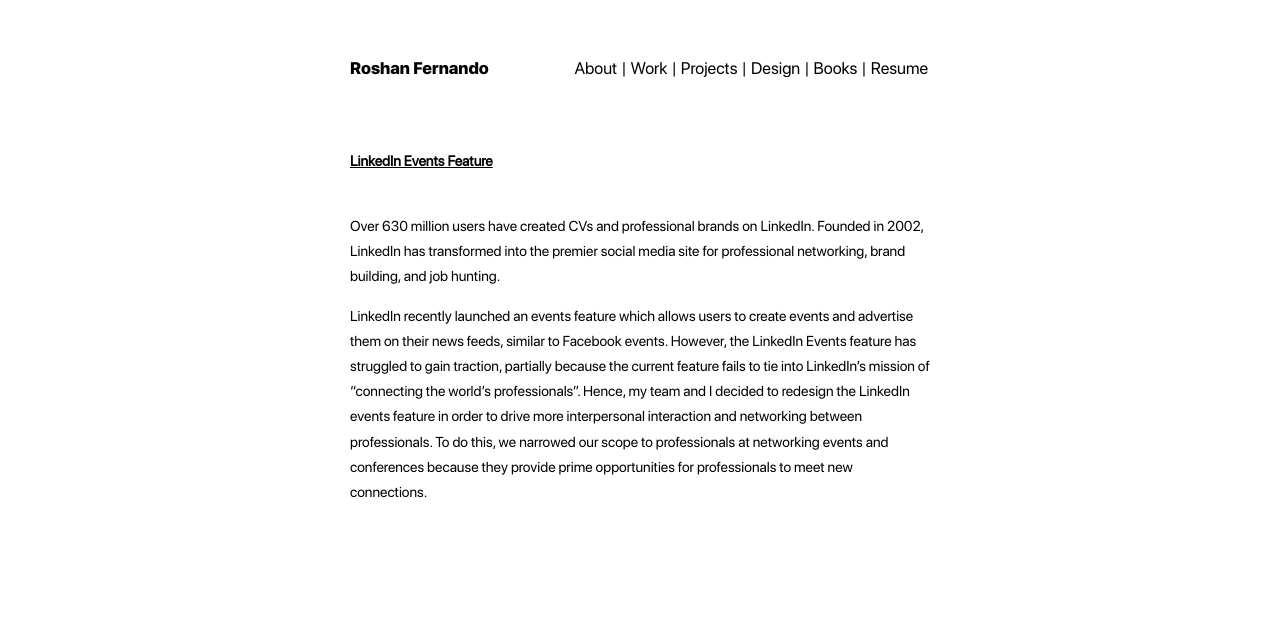
Repository: rdf004/rdf004.github.io
Page: /case1
An editor plug-in stored every save of this project. The page is shown before and after the next save, followed by the edit.
The browser window is 1280 px wide. The pictures show the whole page.
The project was rebuilt for these pictures with package versions that can differ from the ones it lists, and the page was loaded fresh each time. Also part of the build but not shown: src/Components/About.js, src/Components/Work.js, src/Components/Projects.js, src/Components/Design.js, src/Components/Books.js, src/Components/Resume.js.

Above is the page before, as saved 2019-11-20 20:55:07.

### public/index.html
<!DOCTYPE html>
<html lang="en">
  <head>
    <meta charset="utf-8" />
    <link rel="shortcut icon" href="Startup_Rocket-512.png" />
    <meta name="viewport" content="width=device-width, initial-scale=1" />
    <meta name="theme-color" content="#000000" />
    <meta
      name="description"
      content="Web site created using create-react-app"
    />
    <link rel="apple-touch-icon" href="logo192.png" />
    <!--
      manifest.json provides metadata used when your web app is installed on a
      user's mobile device or desktop. See https://developers.google.com/web/fundamentals/web-app-manifest/
    -->
    <link rel="manifest" href="%PUBLIC_URL%/manifest.json" />
    <!--
      Notice the use of %PUBLIC_URL% in the tags above.
      It will be replaced with the URL of the `public` folder during the build.
      Only files inside the `public` folder can be referenced from the HTML.

      Unlike "/favicon.ico" or "favicon.ico", "%PUBLIC_URL%/favicon.ico" will
      work correctly both with client-side routing and a non-root public URL.
      Learn how to configure a non-root public URL by running `npm run build`.
    -->
    <title>RFizzle's Websizzle</title>
  </head>
  <body>
    <noscript>You need to enable JavaScript to run this app.</noscript>
    <div id="root"></div>
    <!--
      This HTML file is a template.
      If you open it directly in the browser, you will see an empty page.

      You can add webfonts, meta tags, or analytics to this file.
      The build step will place the bundled scripts into the <body> tag.

      To begin the development, run `npm start` or `yarn start`.
      To create a production bundle, use `npm run build` or `yarn build`.
    -->
  </body>
</html>

### src/index.js
import React from 'react';
import ReactDOM from 'react-dom';
import { Route, Link, BrowserRouter as Router } from 'react-router-dom';

import About from './Components/About';
import Work from './Components/Work';
import Projects from './Components/Projects';
import Design from './Components/Design';
import Books from './Components/Books';
import Resume from './Components/Resume';
import Case1 from './Components/Case1';
import * as serviceWorker from './serviceWorker';

const routing = (
    <Router>
      <div>
        <Route exact path="/" component={About} />
        <Route path="/work" component={Work} />
        <Route path="/projects" component={Projects} />
        <Route path="/design" component={Design} />
        <Route path="/books" component={Books} />
        <Route path="/resume" component={Resume} />
        <Route path="/case1" component={Case1} />
      </div>
    </Router>
)

ReactDOM.render(routing, document.getElementById('root'));

// If you want your app to work offline and load faster, you can change
// unregister() to register() below. Note this comes with some pitfalls.
// Learn more about service workers: https://bit.ly/CRA-PWA
serviceWorker.unregister();

### src/Components/Case1.js
import React from 'react';
import Header from './Header';

import '../Style/style.css';

class Case1 extends React.Component {

    render() {
        return (
            <div className="grid-holder">

            <div className="grid-container">
                <Header className="header"/>
                <p className="page-content">
                    <b><u>LinkedIn Events Feature</u></b><br/><br/>
                    <p>Over 630 million users have created CVs and professional brands on LinkedIn. Founded in 2002, LinkedIn has transformed into the premier social media site for professional networking, brand building, and job hunting.</p>
                    <p>LinkedIn recently launched an events feature which allows users to create events and advertise them on their news feeds, similar to Facebook events. However, the LinkedIn Events feature has struggled to gain traction, partially because the current feature fails to tie into LinkedIn’s mission of “connecting the world’s professionals”. Hence, my team and I decided to redesign the LinkedIn events feature in order to drive more interpersonal interaction and networking between professionals. To do this, we narrowed our scope to professionals at networking events and conferences because they provide prime opportunities for professionals to meet new connections.</p>
                    <p></p>
                </p>
            </div>

            </div>
        )
    }

}

export default Case1;

### src/Components/Header.js
import React from 'react';
import '../Style/style.css';

class Header extends React.Component {

    render() {
        return (

            <div className="flex-container">
                <p className="name">Roshan Fernando</p>
                <ul className="header-li-elements">
                    <li><a className="list-item-a" href="/">About</a></li>
                    <li>|</li>
                    <li><a className="list-item-a" href="/work">Work</a></li>
                    <li>|</li>
                    <li><a className="list-item-a" href="/projects">Projects</a></li>
                    <li>|</li>
                    <li><a className="list-item-a" href="/design">Design</a></li>
                    <li>|</li>
                    <li><a className="list-item-a" href="/books">Books</a></li>
                    <li>|</li>
                    <li><a className="list-item-a" href="/resume">Resume</a></li>
                </ul>
                <p className="content">{this.about}</p>
            </div>
        )
    }
}

export default Header;

### src/Style/style.css
/* PAGE */

.grid-holder {

}

.grid-container {
    display: grid;
    width: 600px;
    max-width: 100vw;
    margin: auto;

    line-height: 1.75;
}

.page-content {

    font-family: 'SF-Regular';
    font-size: 0.9em;
    color: black;
    padding: 10px;
    padding-top: 0px;
}

/* unvisited link */
.p-a:link {
    color: rgb(105, 196, 248);
    text-decoration: underline;
  }

  /* visited link */
.p-a:visited {
    color: rgb(105, 196, 248);
    text-decoration: underline;
  }

/* mouse over link */
.p-a:hover {
    color: rgb(105, 196, 248);
    text-decoration: underline;
  }

  /* selected link */
.p:active {
    color: rgb(105, 196, 248);
    text-decoration: underline;
  }

/* HEADER */

.flex-container {

    display: flex;
    justify-content: center;
    align-items: center;
    padding-top: 5vh;
    flex-wrap: wrap;

    max-width: inherit;
    min-width: 0;

}


.name {

    text-align: left;
    font-family: 'SF-Heavy';
    color: black;
    font-size: 1.05em;
    max-width: 250px;

    flex: 1;
    padding-left: 10px;

}

.header-li-elements {

    display: flex;
    padding: 0;
    justify-content: flex-end;
    color: black;

    flex: 1;
    padding-right: 10px;

}

li {

    list-style-type: none;
    padding: 2px;
    font-family: 'SF-Regular';
    font-size: 1.05em;
    color: black;

}

.content {
    width: 1000px;
    max-width: inherit;
}

body, html {

    margin: 0;
    padding: 0;
    background-color: white;

}

/* unvisited link */
.list-item-a:link {
    color: black;
    text-decoration: none;
  }

  /* visited link */
.list-item-a:visited {
    color: black;
    text-decoration: none;
  }

/* mouse over link */
.list-item-a:hover {
    color: rgb(0, 162, 255);
    text-decoration: none;
  }

  /* selected link */
.list-item-a:active {
    color: black;
    text-decoration: none;
  }

@font-face {
    src: url('./SF-Pro-Display-Heavy.otf');
    font-family: 'SF-Heavy';
}

@font-face {
    src: url('./SF-Pro-Display-Regular.otf');
    font-family: 'SF-Regular';
}

@font-face {
    src: url('./SF-Pro-Display-Thin.otf');
    font-family: 'SF-Thin';
}

Loaded but not shown: src/serviceWorker.js (common file)

After the next save:
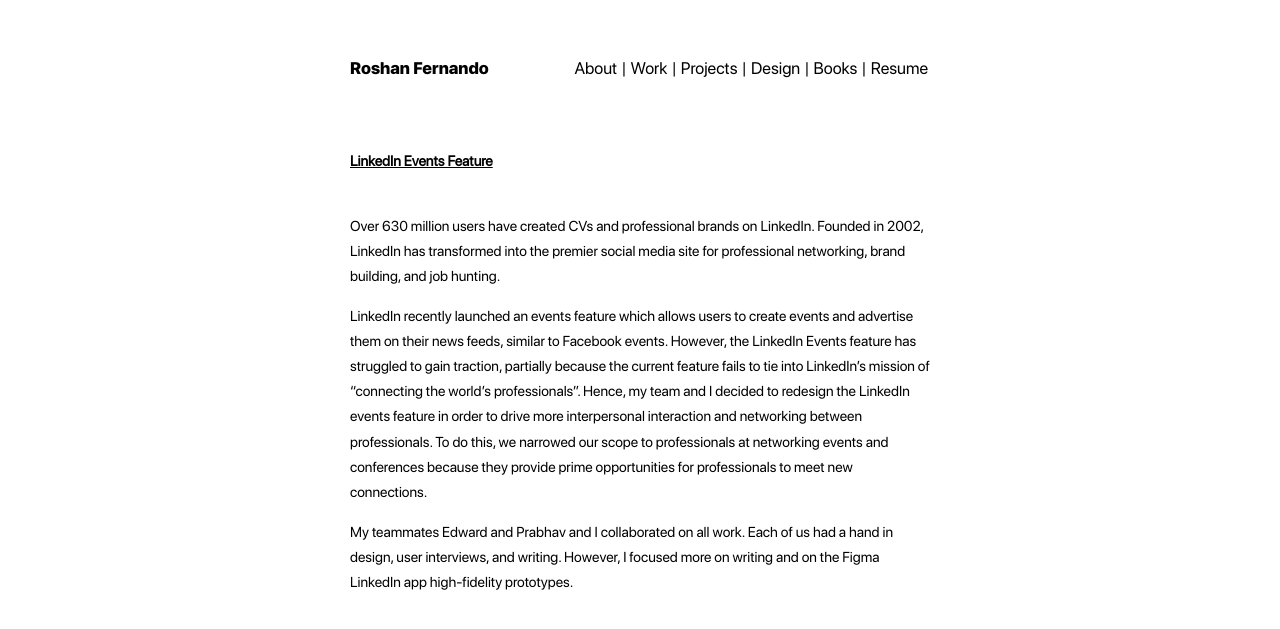
Saved 2 min 39 s later.
--- a/src/Components/Case1.js
+++ b/src/Components/Case1.js
@@ -15,7 +15,7 @@
                     <b><u>LinkedIn Events Feature</u></b><br/><br/>
                     <p>Over 630 million users have created CVs and professional brands on LinkedIn. Founded in 2002, LinkedIn has transformed into the premier social media site for professional networking, brand building, and job hunting.</p>
                     <p>LinkedIn recently launched an events feature which allows users to create events and advertise them on their news feeds, similar to Facebook events. However, the LinkedIn Events feature has struggled to gain traction, partially because the current feature fails to tie into LinkedIn’s mission of “connecting the world’s professionals”. Hence, my team and I decided to redesign the LinkedIn events feature in order to drive more interpersonal interaction and networking between professionals. To do this, we narrowed our scope to professionals at networking events and conferences because they provide prime opportunities for professionals to meet new connections.</p>
-                    <p></p>
+                    <p>My teammates Edward and Prabhav and I collaborated on all work. Each of us had a hand in design, user interviews, and writing. However, I focused more on writing and on the Figma LinkedIn app high-fidelity prototypes.</p>
                 </p>
             </div>
 
